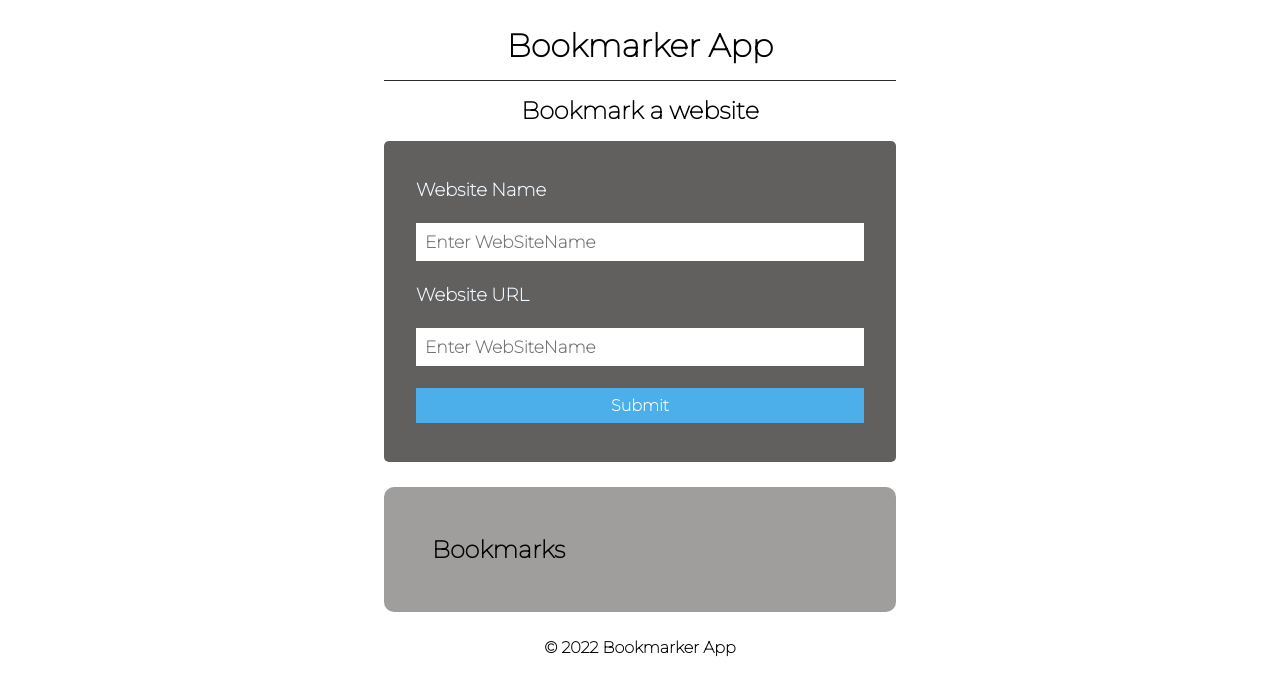
Repository: Suporl9/BookMarkerApp
Page: index.html
These files come from the project's save history. The page is drawn as it stood at one moment and after the next save; the edit follows.
The browser window is 1280 px wide. The pictures show the whole page.

Above is the page before, as saved 2021-11-23 21:55:35.

After the next save:
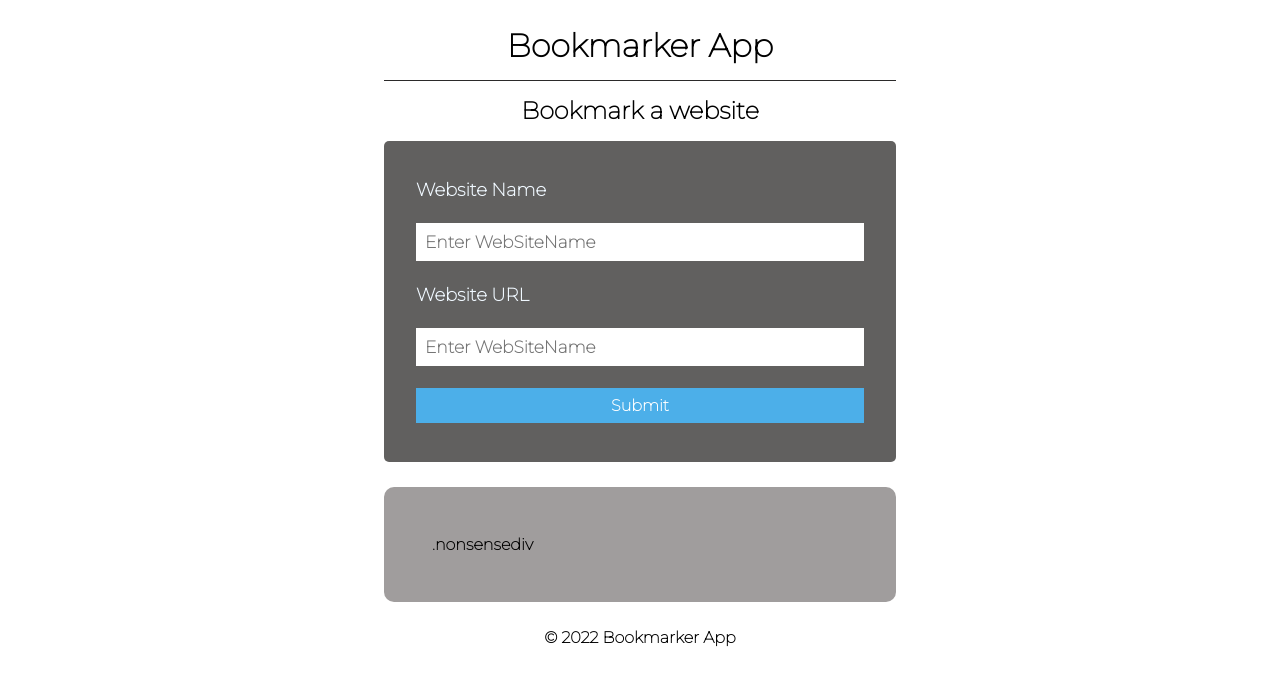
Saved 31 s later.
--- a/index.html
+++ b/index.html
@@ -38,9 +38,7 @@
               </div>
             </form>
           </div>
-          <div class="toBeAdded">
-            <h2>Bookmarks</h2>
-          </div>
+          <div class="toBeAdded">.nonsensediv</div>
           <footer class="footer">
             <p>&copy; 2022 Bookmarker App</p>
           </footer>
